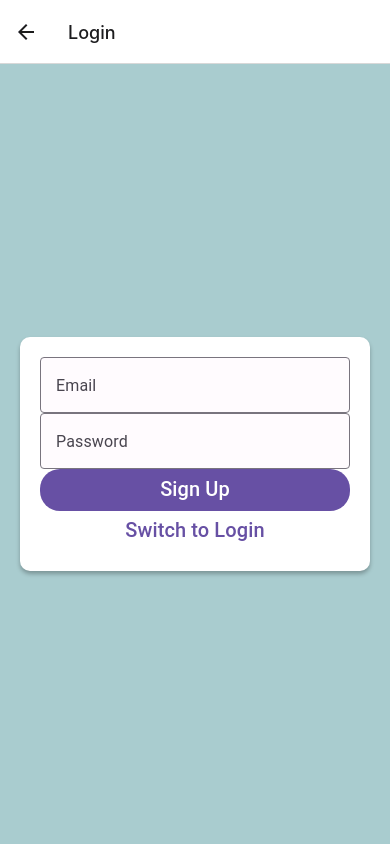
Repository: SaudCh/Expo-Pethub
Screen: /Login
An editor plug-in stored every save of this project. The screen is shown before and after the next save, followed by the edit.
The app was drawn by React Native's web renderer in a window 390 px wide. The project was rebuilt for these pictures with package versions that can differ from the ones it lists, and the page was loaded fresh each time.

Above is the screen before, as saved 2022-11-14 23:59:35.

### App.js
import { StatusBar } from 'expo-status-bar';
import 'react-native-gesture-handler';
import { StyleSheet, Text, View } from 'react-native';
import { Provider as PaperProvider } from 'react-native-paper';
import AppNavigator from './Components/Navigator';

export default function App() {
  return (
    <PaperProvider>
      <AppNavigator />
    </PaperProvider>
  );
}

const styles = StyleSheet.create({
  container: {
    flex: 1,
    backgroundColor: '#fff',
    alignItems: 'center',
    justifyContent: 'center',
  },
});

### Components/Navigator.js
// In App.js in a new project

import * as React from 'react';
import { View, Text } from 'react-native';
import { NavigationContainer } from '@react-navigation/native';
import { createNativeStackNavigator } from '@react-navigation/native-stack';
import Login from '../Screens/Login';
import Signup from '../Screens/Signup';

function HomeScreen() {
    return (
        <View style={{ flex: 1, alignItems: 'center', justifyContent: 'center' }}>
            <Text>Home Screen</Text>
        </View>
    );
}

const Stack = createNativeStackNavigator();

function AppNavigator() {
    return (
        <NavigationContainer>
            <Stack.Navigator>
                <Stack.Screen name="Signup" component={Signup} />
                <Stack.Screen name="Login" component={Login} />
                <Stack.Screen name="Home" component={Signup} />
                <Stack.Screen name="Profile" component={Signup} />
                <Stack.Screen name="UpdateProfile" component={Signup} />

            </Stack.Navigator>
        </NavigationContainer>
    );
}

export default AppNavigator;

### Screens/Login.js
import { useNavigation } from "@react-navigation/native";
import React, { useState, useEffect } from "react";
import { View, Text, StyleSheet, ActivityIndicator, Alert } from 'react-native'
import { TextInput, Button } from "react-native-paper"

export default function Login() {

    const navigation = useNavigation()

    const [data, setData] = useState({
        email: '',
        password: ''
    })

    return (
        <View style={{ ...styles.body }}>
            <View style={{ ...styles.box }}>
                <View>
                    <TextInput
                        mode="outlined"
                        placeholder="Email"
                        value={data.email}
                        onChangeText={text => setData({ ...data, email: text })}
                    />
                </View>
                <View>
                    <TextInput
                        mode="outlined"
                        placeholder="Password"
                        value={data.password}
                        onChangeText={text => setData({ ...data, password: text })}
                        secureTextEntry
                    />
                </View>
                <View>
                    <Button mode="contained" onPress={() => register()} >
                        <Text style={{ ...styles.bottomText }}>Sign Up</Text>
                    </Button>

                    <Button onPress={() => navigation.replace('Login')} style={{ backgroundColor: 'transparent' }}>
                        <Text style={{ ...styles.bottomText }}>Switch to Login</Text>
                    </Button>
                </View>
            </View>
        </View >
    );
}
const styles = StyleSheet.create({
    body: {
        flex: 1,
        alignItems: "center",
        justifyContent: 'center',
        backgroundColor: '#A9CCCF'
    },
    box: {
        shadowColor: "#000",
        shadowOffset: {
            width: 0,
            height: 3,
        },
        shadowOpacity: 0.27,
        shadowRadius: 4.65,
        elevation: 6,
        borderRadius: 10,

        backgroundColor: "#fff",
        padding: 20,
        width: 350
    },
    inputText: {
        fontWeight: 'bold'
    },
    bottomText: {
        fontSize: 20
    }
});

### Screens/Signup.js
import { useNavigation } from "@react-navigation/native";
import React, { useState, useEffect } from "react";
import { View, Text, StyleSheet, ActivityIndicator, Alert } from 'react-native'
import { TextInput, Button } from "react-native-paper"

export default function Signup() {
    const navigation = useNavigation()

    const [data, setData] = useState({
        email: '',
        password: ''
    })

    return (
        <View style={{ ...styles.body }}>
            <View style={{ ...styles.box }}>
                <View>
                    <TextInput
                        mode="outlined"
                        placeholder="Email"
                        value={data.email}
                        onChangeText={text => setData({ ...data, email: text })}
                    />
                </View>
                <View>
                    <TextInput
                        mode="outlined"
                        placeholder="Password"
                        value={data.password}
                        onChangeText={text => setData({ ...data, password: text })}
                        secureTextEntry
                    />
                </View>
                <View>
                    <Button onPress={() => register()} style={{ backgroundColor: 'transparent' }}>
                        <Text style={{ ...styles.bottomText }}>Sign Up</Text>
                    </Button>

                    <Button onPress={() => navigation.replace('Login')} style={{ backgroundColor: 'transparent' }}>
                        <Text style={{ ...styles.bottomText }}>Switch to Login</Text>
                    </Button>
                </View>
            </View>
        </View>
    );
}
const styles = StyleSheet.create({
    body: {
        flex: 1,
        alignItems: "center",
        justifyContent: 'center',
        // backgroundColor: COLORS.lPink
    },
    box: {
        shadowColor: "#000",
        shadowOffset: {
            width: 0,
            height: 3,
        },
        shadowOpacity: 0.27,
        shadowRadius: 4.65,
        elevation: 6,
        borderRadius: 10,

        backgroundColor: "white",
        padding: 20,
        width: 300
    },
    inputText: {
        fontWeight: 'bold'
    },
    bottomText: {
        fontSize: 20
    }
});

After the next save:
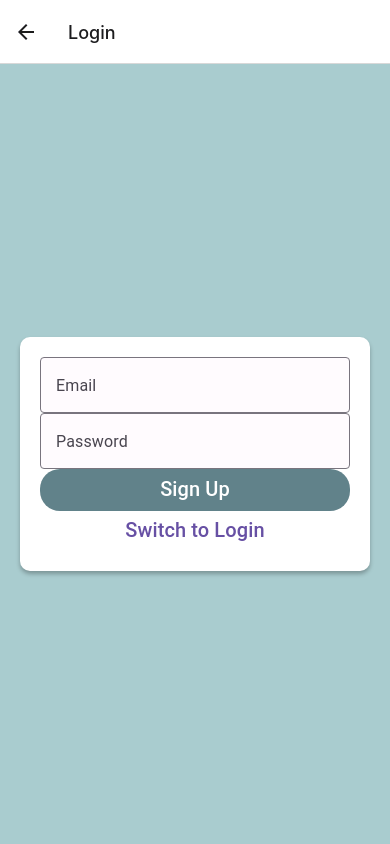
Saved 27 s later.
--- a/Screens/Login.js
+++ b/Screens/Login.js
@@ -33,7 +33,7 @@ export default function Login() {
                     />
                 </View>
                 <View>
-                    <Button mode="contained" onPress={() => register()} >
+                    <Button mode="contained" onPress={() => register()} buttonColor="#61828A" >
                         <Text style={{ ...styles.bottomText }}>Sign Up</Text>
                     </Button>
 
